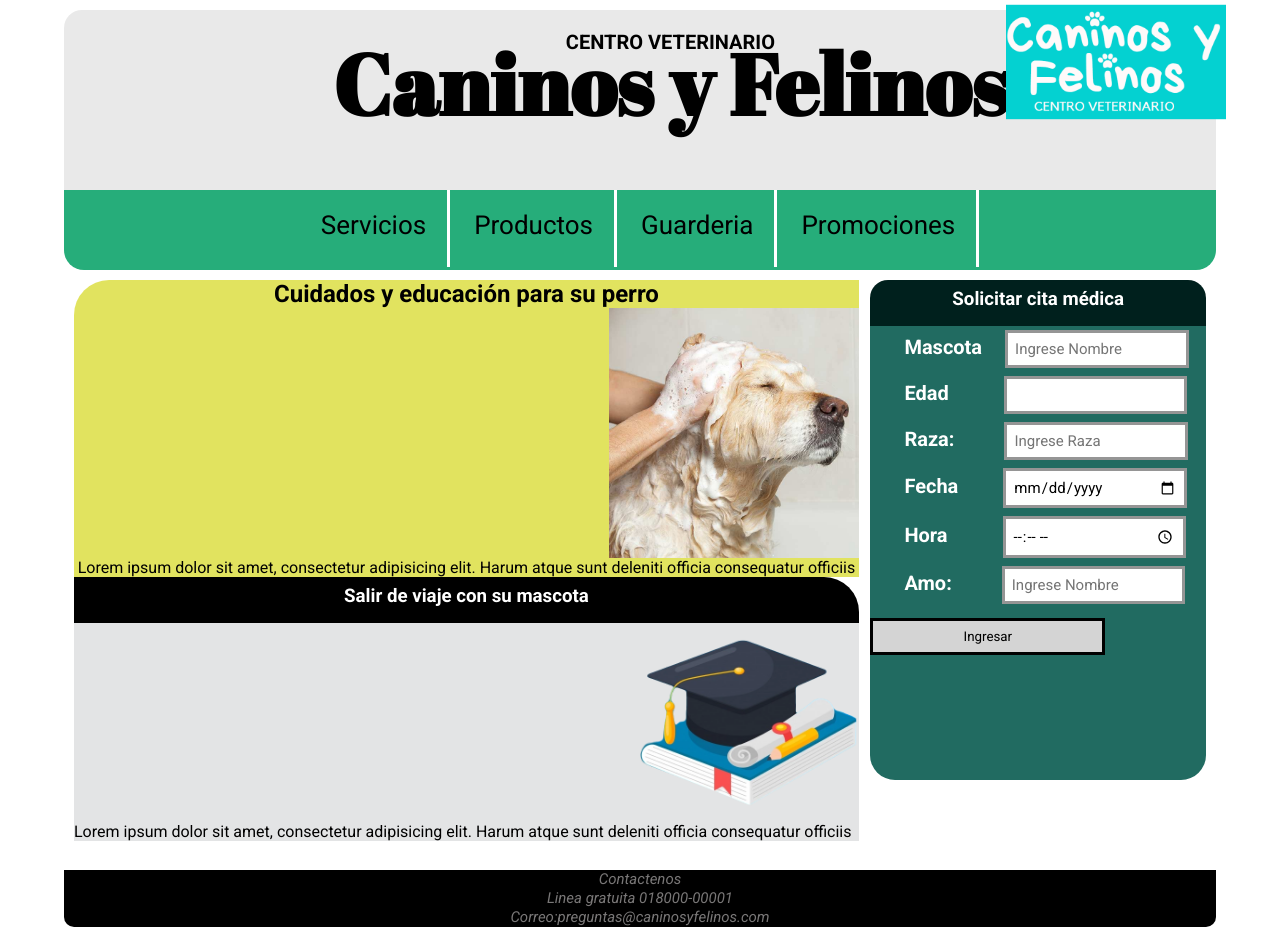
Repository: NickArregoces/Veterinaria
Page: Index.html
These files come from the project's save history. The page is drawn as it stood at one moment and after the next save; the edit follows.
The browser window is 1280 px wide. The pictures show the whole page.
The pointer rests on the first visible `div img`.

Above is the page before, as saved 2021-10-05 16:58:24.

After the next save:
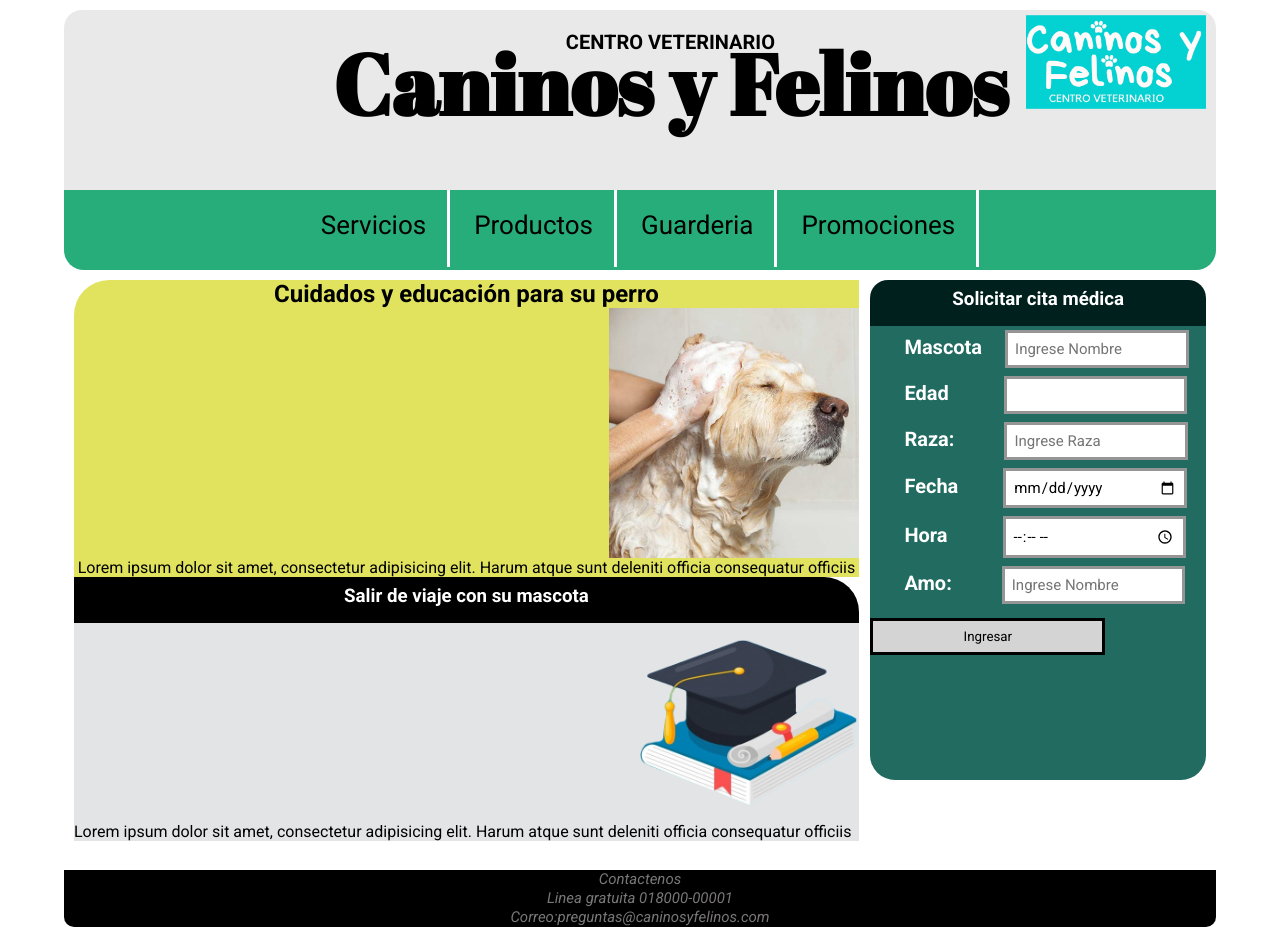
Saved 75 s later.
--- a/CSS/Style.css
+++ b/CSS/Style.css
@@ -167,8 +167,8 @@ aside{
         }
         /*Efecto Imagenes aside*/
         div img:hover{
-            -webkit-transform:scale(1.1);
-            transform:scale(1.1);
+            -webkit-transform:scale(.1);
+            transform:scale(0.9);
         }
         div.Cuidados p{
             display: inline-block;
